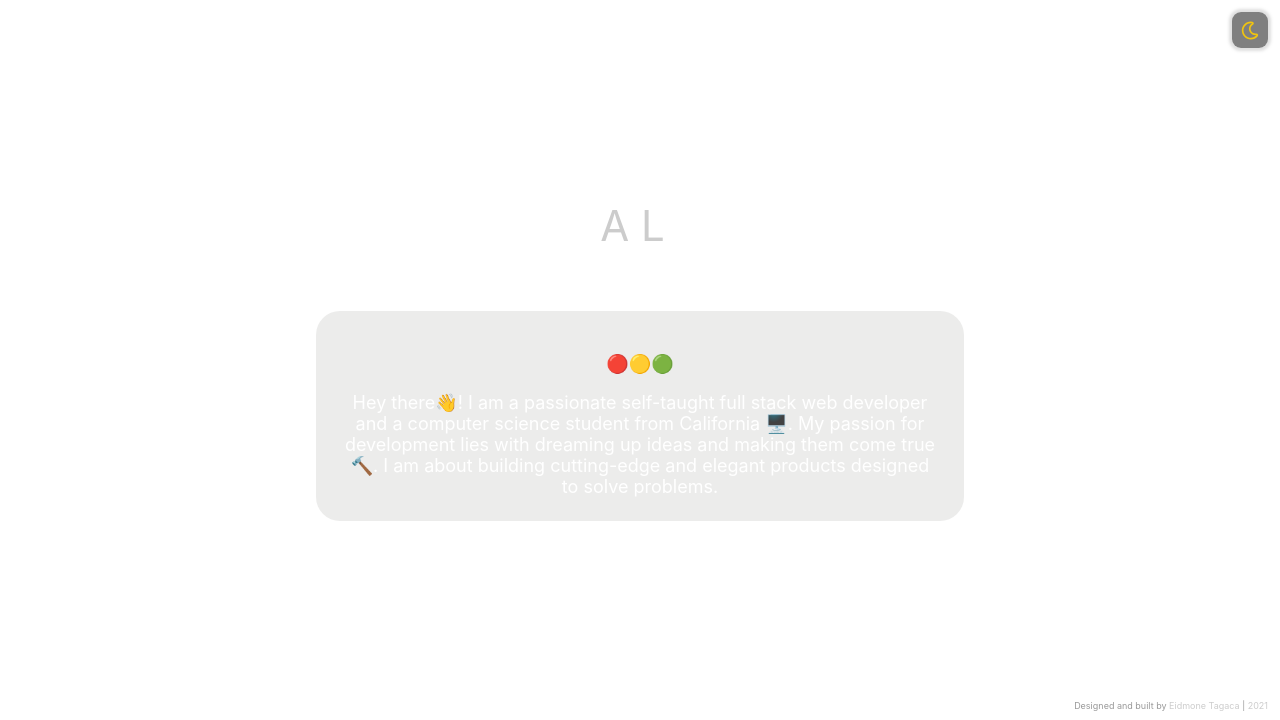
Repository: Tagaca19e/ET
Page: /
An editor plug-in stored every save of this project. The page is shown before and after the next save, followed by the edit.
The browser window is 1280 px wide. The pictures show the whole page.
The project was rebuilt for these pictures with package versions that can differ from the ones it lists, and the page was loaded fresh each time. Also part of the build but not shown: src/icons/Sun.jsx, src/icons/Resume.jsx.

Above is the page before, as saved 2021-07-22 23:42:54.

After the next save:
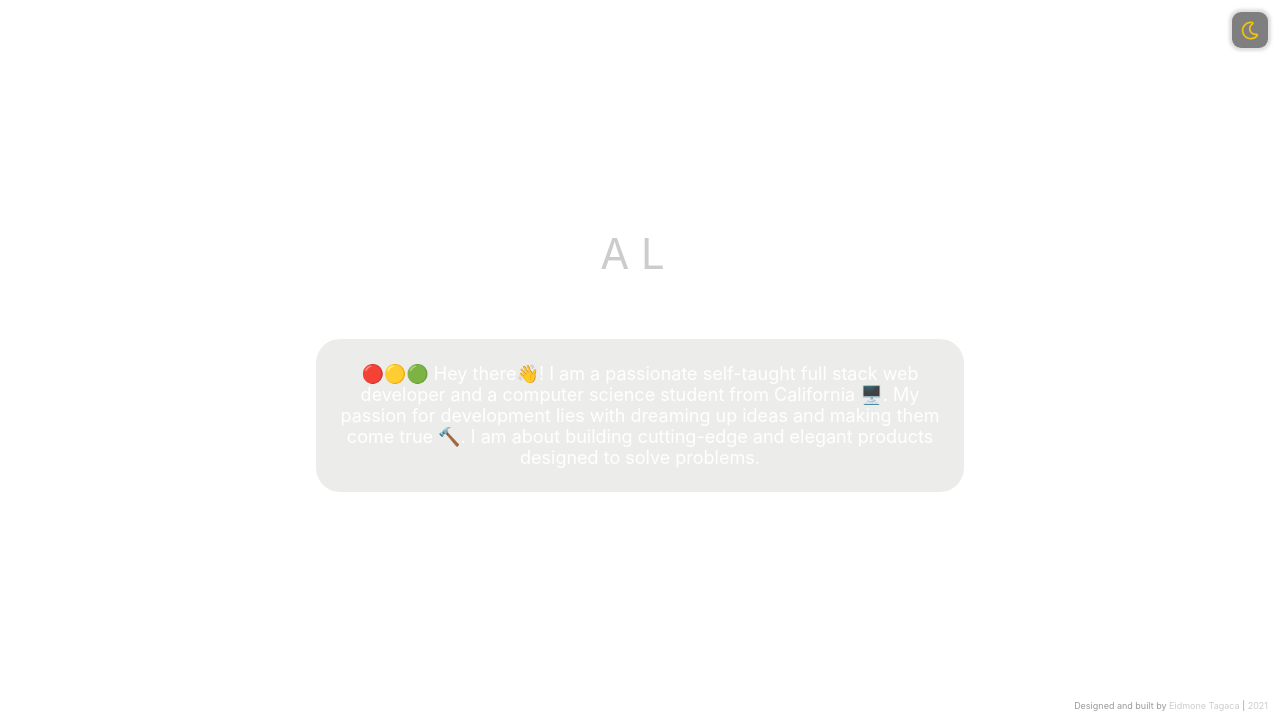
Saved 12 s later.
--- a/src/components/Content.jsx
+++ b/src/components/Content.jsx
@@ -94,12 +94,11 @@ export const Content = () => {
       >
         <p1>
           {" "}
-          <p> 🔴🟡🟢</p>
-          Hey there👋! I am a passionate self-taught full stack web developer
-          and a computer science student from California 🖥️. My passion for
-          development lies with dreaming up ideas and making them come true 🔨.
-          I am about building cutting-edge and elegant products designed to
-          solve problems.
+          🔴🟡🟢 Hey there👋! I am a passionate self-taught full stack web
+          developer and a computer science student from California 🖥️. My
+          passion for development lies with dreaming up ideas and making them
+          come true 🔨. I am about building cutting-edge and elegant products
+          designed to solve problems.
         </p1>
         {/* <TextLoop interval={3000} delay={2000}>
           {[
